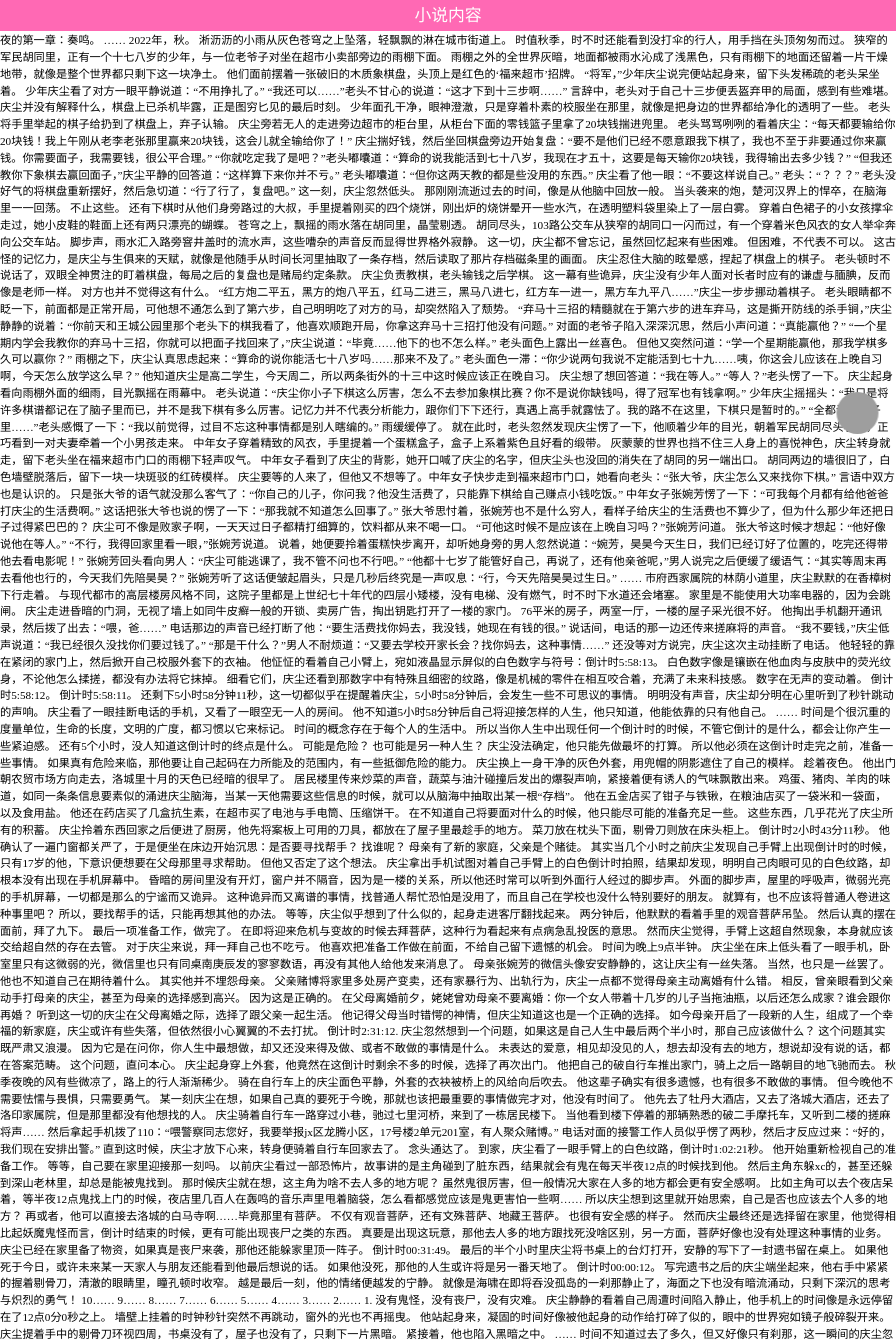
Repository: razzh7/javascript-demo
Page: 自动阅读插件/detail.html
An editor plug-in stored every save of this project. The page is shown before and after the next save, followed by the edit.
The browser window is 1280 px wide. The pictures show the part of the page from y = 0 to 1920 px (the page is 3596 px tall), at 70% of full size.
Pictures or frames that could not be fetched are drawn as grey boxes.

Above is the page before, as saved 2021-06-29 20:01:22.

### 自动阅读插件/detail.html
<!DOCTYPE html>
<html lang="en">
<head>
  <meta charset="UTF-8">
  <meta http-equiv="X-UA-Compatible" content="IE=edge">
  <meta name="viewport" content="width=device-width, initial-scale=1.0">
  <title>小说内容</title>
  <link rel="stylesheet" href="./css/common.css" />
  <link rel="stylesheet" href="./css/detail.css" />
</head>
<body>
  <div class="list-hd">
    <h2>小说内容</h2>
  </div>
  <div class="container">
    夜的第一章：奏鸣。

    ……

    2022年，秋。

    淅沥沥的小雨从灰色苍穹之上坠落，轻飘飘的淋在城市街道上。

    时值秋季，时不时还能看到没打伞的行人，用手挡在头顶匆匆而过。

    狭窄的军民胡同里，正有一个十七八岁的少年，与一位老爷子对坐在超市小卖部旁边的雨棚下面。

    雨棚之外的全世界灰暗，地面都被雨水沁成了浅黑色，只有雨棚下的地面还留着一片干燥地带，就像是整个世界都只剩下这一块净土。

    他们面前摆着一张破旧的木质象棋盘，头顶上是红色的‘福来超市’招牌。

    “将军，”少年庆尘说完便站起身来，留下头发稀疏的老头呆坐着。

    少年庆尘看了对方一眼平静说道：“不用挣扎了。”

    “我还可以……”老头不甘心的说道：“这才下到十三步啊……”

    言辞中，老头对于自己十三步便丢盔弃甲的局面，感到有些难堪。

    庆尘并没有解释什么，棋盘上已杀机毕露，正是图穷匕见的最后时刻。

    少年面孔干净，眼神澄澈，只是穿着朴素的校服坐在那里，就像是把身边的世界都给净化的透明了一些。

    老头将手里举起的棋子给扔到了棋盘上，弃子认输。

    庆尘旁若无人的走进旁边超市的柜台里，从柜台下面的零钱篮子里拿了20块钱揣进兜里。

    老头骂骂咧咧的看着庆尘：“每天都要输给你20块钱！我上午刚从老李老张那里赢来20块钱，这会儿就全输给你了！”

    庆尘揣好钱，然后坐回棋盘旁边开始复盘：“要不是他们已经不愿意跟我下棋了，我也不至于非要通过你来赢钱。你需要面子，我需要钱，很公平合理。”

    “你就吃定我了是吧？”老头嘟囔道：“算命的说我能活到七十八岁，我现在才五十，这要是每天输你20块钱，我得输出去多少钱？”

    “但我还教你下象棋去赢回面子，”庆尘平静的回答道：“这样算下来你并不亏。”

    老头嘟囔道：“但你这两天教的都是些没用的东西。”

    庆尘看了他一眼：“不要这样说自己。”

    老头：“？？？”

    老头没好气的将棋盘重新摆好，然后急切道：“行了行了，复盘吧。”

    这一刻，庆尘忽然低头。

    那刚刚流逝过去的时间，像是从他脑中回放一般。

    当头袭来的炮，楚河汉界上的悍卒，在脑海里一一回荡。

    不止这些。

    还有下棋时从他们身旁路过的大叔，手里提着刚买的四个烧饼，刚出炉的烧饼晕开一些水汽，在透明塑料袋里染上了一层白雾。

    穿着白色裙子的小女孩撑伞走过，她小皮鞋的鞋面上还有两只漂亮的蝴蝶。

    苍穹之上，飘摇的雨水落在胡同里，晶莹剔透。

    胡同尽头，103路公交车从狭窄的胡同口一闪而过，有一个穿着米色风衣的女人举伞奔向公交车站。

    脚步声，雨水汇入路旁窨井盖时的流水声，这些嘈杂的声音反而显得世界格外寂静。

    这一切，庆尘都不曾忘记，虽然回忆起来有些困难。

    但困难，不代表不可以。

    这古怪的记忆力，是庆尘与生俱来的天赋，就像是他随手从时间长河里抽取了一条存档，然后读取了那片存档磁条里的画面。

    庆尘忍住大脑的眩晕感，捏起了棋盘上的棋子。

    老头顿时不说话了，双眼全神贯注的盯着棋盘，每局之后的复盘也是赌局约定条款。

    庆尘负责教棋，老头输钱之后学棋。

    这一幕有些诡异，庆尘没有少年人面对长者时应有的谦虚与腼腆，反而像是老师一样。

    对方也并不觉得这有什么。

    “红方炮二平五，黑方的炮八平五，红马二进三，黑马八进七，红方车一进一，黑方车九平八……”庆尘一步步挪动着棋子。

    老头眼睛都不眨一下，前面都是正常开局，可他想不通怎么到了第六步，自己明明吃了对方的马，却突然陷入了颓势。

    “弃马十三招的精髓就在于第六步的进车弃马，这是撕开防线的杀手锏，”庆尘静静的说着：“你前天和王城公园里那个老头下的棋我看了，他喜欢顺跑开局，你拿这弃马十三招打他没有问题。”

    对面的老爷子陷入深深沉思，然后小声问道：“真能赢他？”

    “一个星期内学会我教你的弃马十三招，你就可以把面子找回来了，”庆尘说道：“毕竟……他下的也不怎么样。”

    老头面色上露出一丝喜色。

    但他又突然问道：“学一个星期能赢他，那我学棋多久可以赢你？”

    雨棚之下，庆尘认真思虑起来：“算命的说你能活七十八岁吗……那来不及了。”

    老头面色一滞：“你少说两句我说不定能活到七十九……咦，你这会儿应该在上晚自习啊，今天怎么放学这么早？”

    他知道庆尘是高二学生，今天周二，所以两条街外的十三中这时候应该正在晚自习。

    庆尘想了想回答道：“我在等人。”

    “等人？”老头愣了一下。

    庆尘起身看向雨棚外面的细雨，目光飘摇在雨幕中。

    老头说道：“庆尘你小子下棋这么厉害，怎么不去参加象棋比赛？你不是说你缺钱吗，得了冠军也有钱拿啊。”

    少年庆尘摇摇头：“我只是将许多棋谱都记在了脑子里而已，并不是我下棋有多么厉害。记忆力并不代表分析能力，跟你们下下还行，真遇上高手就露怯了。我的路不在这里，下棋只是暂时的。”

    “全都记在脑子里……”老头感慨了一下：“我以前觉得，过目不忘这种事情都是别人瞎编的。”

    雨缓缓停了。

    就在此时，老头忽然发现庆尘愣了一下，他顺着少年的目光，朝着军民胡同尽头看去，正巧看到一对夫妻牵着一个小男孩走来。

    中年女子穿着精致的风衣，手里提着一个蛋糕盒子，盒子上系着紫色且好看的缎带。

    灰蒙蒙的世界也挡不住三人身上的喜悦神色，庆尘转身就走，留下老头坐在福来超市门口的雨棚下轻声叹气。

    中年女子看到了庆尘的背影，她开口喊了庆尘的名字，但庆尘头也没回的消失在了胡同的另一端出口。

    胡同两边的墙很旧了，白色墙壁脱落后，留下一块一块斑驳的红砖模样。

    庆尘要等的人来了，但他又不想等了。中年女子快步走到福来超市门口，她看向老头：“张大爷，庆尘怎么又来找你下棋。”

    言语中双方也是认识的。

    只是张大爷的语气就没那么客气了：“你自己的儿子，你问我？他没生活费了，只能靠下棋给自己赚点小钱吃饭。”

    中年女子张婉芳愣了一下：“可我每个月都有给他爸爸打庆尘的生活费啊。”

    这话把张大爷也说的愣了一下：“那我就不知道怎么回事了。”

    张大爷思忖着，张婉芳也不是什么穷人，看样子给庆尘的生活费也不算少了，但为什么那少年还把日子过得紧巴巴的？

    庆尘可不像是败家子啊，一天天过日子都精打细算的，饮料都从来不喝一口。

    “可他这时候不是应该在上晚自习吗？”张婉芳问道。

    张大爷这时候才想起：“他好像说他在等人。”

    “不行，我得回家里看一眼，”张婉芳说道。

    说着，她便要拎着蛋糕快步离开，却听她身旁的男人忽然说道：“婉芳，昊昊今天生日，我们已经订好了位置的，吃完还得带他去看电影呢！”

    张婉芳回头看向男人：“庆尘可能逃课了，我不管不问也不行吧。”

    “他都十七岁了能管好自己，再说了，还有他亲爸呢，”男人说完之后便缓了缓语气：“其实等周末再去看他也行的，今天我们先陪昊昊？”

    张婉芳听了这话便皱起眉头，只是几秒后终究是一声叹息：“行，今天先陪昊昊过生日。”

    ……

    市府西家属院的林荫小道里，庆尘默默的在香樟树下行走着。

    与现代都市的高层楼房风格不同，这院子里都是上世纪七十年代的四层小矮楼，没有电梯、没有燃气，时不时下水道还会堵塞。

    家里是不能使用大功率电器的，因为会跳闸。

    庆尘走进昏暗的门洞，无视了墙上如同牛皮癣一般的开锁、卖房广告，掏出钥匙打开了一楼的家门。

    76平米的房子，两室一厅，一楼的屋子采光很不好。

    他掏出手机翻开通讯录，然后拨了出去：“喂，爸……”

    电话那边的声音已经打断了他：“要生活费找你妈去，我没钱，她现在有钱的很。”

    说话间，电话的那一边还传来搓麻将的声音。

    “我不要钱，”庆尘低声说道：“我已经很久没找你们要过钱了。”

    “那是干什么？”男人不耐烦道：“又要去学校开家长会？找你妈去，这种事情……”

    还没等对方说完，庆尘这次主动挂断了电话。

    他轻轻的靠在紧闭的家门上，然后掀开自己校服外套下的衣袖。

    他怔怔的看着自己小臂上，宛如液晶显示屏似的白色数字与符号：倒计时5:58:13。

    白色数字像是镶嵌在他血肉与皮肤中的荧光纹身，不论他怎么揉搓，都没有办法将它抹掉。

    细看它们，庆尘还看到那数字中有特殊且细密的纹路，像是机械的零件在相互咬合着，充满了未来科技感。

    数字在无声的变动着。

    倒计时5:58:12。

    倒计时5:58:11。

    还剩下5小时58分钟11秒，这一切都似乎在提醒着庆尘，5小时58分钟后，会发生一些不可思议的事情。

    明明没有声音，庆尘却分明在心里听到了秒针跳动的声响。

    庆尘看了一眼挂断电话的手机，又看了一眼空无一人的房间。

    他不知道5小时58分钟后自己将迎接怎样的人生，他只知道，他能依靠的只有他自己。

    ……

    时间是个很沉重的度量单位，生命的长度，文明的广度，都习惯以它来标记。

    时间的概念存在于每个人的生活中。

    所以当你人生中出现任何一个倒计时的时候，不管它倒计的是什么，都会让你产生一些紧迫感。

    还有5个小时，没人知道这倒计时的终点是什么。

    可能是危险？

    也可能是另一种人生？

    庆尘没法确定，他只能先做最坏的打算。

    所以他必须在这倒计时走完之前，准备一些事情。

    如果真有危险来临，那他要让自己起码在力所能及的范围内，有一些抵御危险的能力。

    庆尘换上一身干净的灰色外套，用兜帽的阴影遮住了自己的模样。

    趁着夜色。

    他出门朝农贸市场方向走去，洛城里十月的天色已经暗的很早了。

    居民楼里传来炒菜的声音，蔬菜与油汁碰撞后发出的爆裂声响，紧接着便有诱人的气味飘散出来。

    鸡蛋、猪肉、羊肉的味道，如同一条条信息要素似的涌进庆尘脑海，当某一天他需要这些信息的时候，就可以从脑海中抽取出某一根“存档”。

    他在五金店买了钳子与铁锹，在粮油店买了一袋米和一袋面，以及食用盐。

    他还在药店买了几盒抗生素，在超市买了电池与手电筒、压缩饼干。

    在不知道自己将要面对什么的时候，他只能尽可能的准备充足一些。

    这些东西，几乎花光了庆尘所有的积蓄。

    庆尘拎着东西回家之后便进了厨房，他先将案板上可用的刀具，都放在了屋子里最趁手的地方。

    菜刀放在枕头下面，剔骨刀则放在床头柜上。

    倒计时2小时43分11秒。

    他确认了一遍门窗都关严了，于是便坐在床边开始沉思：是否要寻找帮手？

    找谁呢？

    母亲有了新的家庭，父亲是个赌徒。

    其实当几个小时之前庆尘发现自己手臂上出现倒计时的时候，只有17岁的他，下意识便想要在父母那里寻求帮助。

    但他又否定了这个想法。

    庆尘拿出手机试图对着自己手臂上的白色倒计时拍照，结果却发现，明明自己肉眼可见的白色纹路，却根本没有出现在手机屏幕中。

    昏暗的房间里没有开灯，窗户并不隔音，因为是一楼的关系，所以他还时常可以听到外面行人经过的脚步声。

    外面的脚步声，屋里的呼吸声，微弱光亮的手机屏幕，一切都是那么的宁谧而又诡异。

    这种诡异而又离谱的事情，找普通人帮忙恐怕是没用了，而且自己在学校也没什么特别要好的朋友。

    就算有，也不应该将普通人卷进这种事里吧？

    所以，要找帮手的话，只能再想其他的办法。

    等等，庆尘似乎想到了什么似的，起身走进客厅翻找起来。

    两分钟后，他默默的看着手里的观音菩萨吊坠。

    然后认真的摆在面前，拜了九下。

    最后一项准备工作，做完了。  在即将迎来危机与变故的时候去拜菩萨，这种行为看起来有点病急乱投医的意思。

    然而庆尘觉得，手臂上这超自然现象，本身就应该交给超自然的存在去管。

    对于庆尘来说，拜一拜自己也不吃亏。

    他喜欢把准备工作做在前面，不给自己留下遗憾的机会。

    时间为晚上9点半钟。

    庆尘坐在床上低头看了一眼手机，卧室里只有这微弱的光，微信里也只有同桌南庚辰发的寥寥数语，再没有其他人给他发来消息了。

    母亲张婉芳的微信头像安安静静的，这让庆尘有一丝失落。

    当然，也只是一丝罢了。

    他也不知道自己在期待着什么。

    其实他并不埋怨母亲。

    父亲赌博将家里多处房产变卖，还有家暴行为、出轨行为，庆尘一点都不觉得母亲主动离婚有什么错。

    相反，曾亲眼看到父亲动手打母亲的庆尘，甚至为母亲的选择感到高兴。

    因为这是正确的。

    在父母离婚前夕，姥姥曾劝母亲不要离婚：你一个女人带着十几岁的儿子当拖油瓶，以后还怎么成家？谁会跟你再婚？

    听到这一切的庆尘在父母离婚之际，选择了跟父亲一起生活。

    他记得父母当时错愕的神情，但庆尘知道这也是一个正确的选择。

    如今母亲开启了一段新的人生，组成了一个幸福的新家庭，庆尘或许有些失落，但依然很小心翼翼的不去打扰。

    倒计时2:31:12.

    庆尘忽然想到一个问题，如果这是自己人生中最后两个半小时，那自己应该做什么？

    这个问题其实既严肃又浪漫。

    因为它是在问你，你人生中最想做，却又还没来得及做、或者不敢做的事情是什么。

    未表达的爱意，相见却没见的人，想去却没有去的地方，想说却没有说的话，都在答案范畴。

    这个问题，直问本心。

    庆尘起身穿上外套，他竟然在这倒计时剩余不多的时候，选择了再次出门。

    他把自己的破自行车推出家门，骑上之后一路朝目的地飞驰而去。

    秋季夜晚的风有些微凉了，路上的行人渐渐稀少。

    骑在自行车上的庆尘面色平静，外套的衣袂被桥上的风给向后吹去。

    他这辈子确实有很多遗憾，也有很多不敢做的事情。

    但今晚他不需要怯懦与畏惧，只需要勇气。

    某一刻庆尘在想，如果自己真的要死于今晚，那就也该把最重要的事情做完才对，他没有时间了。

    他先去了牡丹大酒店，又去了洛城大酒店，还去了洛印家属院，但是那里都没有他想找的人。

    庆尘骑着自行车一路穿过小巷，驰过七里河桥，来到了一栋居民楼下。

    当他看到楼下停着的那辆熟悉的破二手摩托车，又听到二楼的搓麻将声……

    然后拿起手机拨了110：“喂警察同志您好，我要举报jx区龙腾小区，17号楼2单元201室，有人聚众赌博。”

    电话对面的接警工作人员似乎愣了两秒，然后才反应过来：“好的，我们现在安排出警。”

    直到这时候，庆尘才放下心来，转身便骑着自行车回家去了。

    念头通达了。

    到家，庆尘看了一眼手臂上的白色纹路，倒计时1:02:21秒。

    他开始重新检视自己的准备工作。

    等等，自己要在家里迎接那一刻吗。

    以前庆尘看过一部恐怖片，故事讲的是主角碰到了脏东西，结果就会有鬼在每天半夜12点的时候找到他。

    然后主角东躲xc的，甚至还躲到深山老林里，却总是能被鬼找到。

    那时候庆尘就在想，这主角为啥不去人多的地方呢？

    虽然鬼很厉害，但一般情况大家在人多的地方都会更有安全感啊。

    比如主角可以去个夜店呆着，等半夜12点鬼找上门的时候，夜店里几百人在轰鸣的音乐声里甩着脑袋，怎么看都感觉应该是鬼更害怕一些啊……

    所以庆尘想到这里就开始思索，自己是否也应该去个人多的地方？

    再或者，他可以直接去洛城的白马寺啊……毕竟那里有菩萨。

    不仅有观音菩萨，还有文殊菩萨、地藏王菩萨。

    也很有安全感的样子。

    然而庆尘最终还是选择留在家里，他觉得相比起妖魔鬼怪而言，倒计时结束的时候，更有可能出现丧尸之类的东西。

    真要是出现这玩意，那他去人多的地方跟找死没啥区别，另一方面，菩萨好像也没有处理这种事情的业务。

    庆尘已经在家里备了物资，如果真是丧尸来袭，那他还能躲家里顶一阵子。

    倒计时00:31:49。

    最后的半个小时里庆尘将书桌上的台灯打开，安静的写下了一封遗书留在桌上。

    如果他死于今日，或许未来某一天家人与朋友还能看到他最后想说的话。

    如果他没死，那他的人生或许将是另一番天地了。

    倒计时00:00:12。

    写完遗书之后的庆尘端坐起来，他右手中紧紧的握着剔骨刀，清澈的眼睛里，瞳孔顿时收窄。

    越是最后一刻，他的情绪便越发的宁静。

    就像是海啸在即将吞没孤岛的一刹那静止了，海面之下也没有暗流涌动，只剩下深沉的思考与炽烈的勇气！

    10……

    9……

    8……

    7……

    6……

    5……

    4……

    3……

    2……

    1.

    没有鬼怪，没有丧尸，没有灾难。

    庆尘静静的看着自己周遭时间陷入静止，他手机上的时间像是永远停留在了12点0分0秒之上。

    墙壁上挂着的时钟秒针突然不再跳动，窗外的光也不再摇曳。

    他站起身来，凝固的时间好像被他起身的动作给打碎了似的，眼中的世界宛如镜子般碎裂开来。

    庆尘提着手中的剔骨刀环视四周，书桌没有了，屋子也没有了，只剩下一片黑暗。

    紧接着，他也陷入黑暗之中。

    ……

    时间不知道过去了多久，但又好像只有刹那，这一瞬间的庆尘忽然失去了时间的概念。

    黑暗里，世界的碎片开始重新拼凑，那不知道从何而来的碎片，刹那间组合成了一个焕然一新的世界。

    庆尘躺在一张狭窄的硬板床上，这里是完全陌生的环境，他从不曾来过。

    他先是看向自己的手掌，那里空无一物，原本握着的剔骨刀也早就消失不见。

    他再看向手臂，赫然发现手臂上的白色纹路已经改变。

    “回归倒计时48:00:00.”

    48小时，也就是2天，庆尘思忖着。
    穿越了吗？

    所以倒计时的尽头就是穿越到另一个时空，而回归倒计时是指，回去的时间。

    想到这里庆尘先松了口气，能回去就是好事。

    虽然那边也未必会有人惦记他，母亲有了新的生活，顾不上惦记他，父亲……应该在看守所呢。

    所以应该也顾不上惦记他。

    可是即便如此，自己还是想回去看看。

    而现在他所要做的事情，就是在这48小时里好好的活着。

    那么……现在是倒计时第一天。

    庆尘开始重新审视眼前的这个“新世界”。

    当世界重新拼凑起来的那一刻，庆尘看到自己身上的囚服，便瞬间明白了自己的处境。

    他身处一间灰色晦暗的屋中，除了一面充满了科技感的合金闸门外，其他地方是完全封闭的墙。

    90公分宽的门上有着一扇小窗户，但现在窗户是关闭的。

    囚室是单间，里面只有一张床，上面铺着一层薄薄的床单。

    旁边还有一个置物架子，架子上除了被子、牙刷、毛巾之外，空空如也。

    囚室墙壁是灰色的，可让庆尘不能理解的是，这灰色的墙壁在外面微光照亮下，分明在散发出金属的光泽。

    金属墙？

    庆尘坐起身子怔怔的抚摸墙壁，什么地方才会使用这种不计成本的建筑材料？

    很明显，这里不属于他曾经认知的那个世界了。

    他迅速低头看向自己手掌，这手掌上的指纹与曾经的他完全一致，就连手上的毛孔位置都半分不差。

    这就是他自己的身体。

    穿梭到这个世界之后，庆尘手里的剔骨刀不见了，自己身上原本的衣服也不见了，但身体确确实实是他自己的。

    指纹与毛孔位置做不了假。

    庆尘抱着膝盖坐在床上，他望着厚重的合金门，不知道在想些什么。

    慢慢的，门外开始嘈杂起来，甚至还有人用力拍打合金牢门的声音。

    庆尘慢慢走到门边，试图贴着门听听外面在吼叫什么，结果还没等他听清楚，合金门便发出了清晰的气压传动声，门开了。

    他看向门外，门外是一条回型走廊。

    这正方形的监狱堡垒里有七层，每一层都有着密密麻麻排列整齐的囚室。

    外面空旷而又硕大的监狱堡垒里，只有零星的灯光亮着，一扇扇打开的合金门里是昏暗的囚室，像是关着一头头野兽。

    庆尘站在门里，似乎他只要踏出这一步，就会走向一个不可知的人生。

    广阔的监狱里，不知何处的广播突然响起，里面是一个好听的女性声音：“早晨七点整，早餐时间，请所有服刑人员依次队列，前往餐厅就餐。”

    声音在监狱堡垒里回荡着，而庆尘依旧看着眼前的门槛。

    似乎只要他踏出去，一切都不一样了。

    其实他觉得自己从某一刻开始，就已经有所不同了。

    从什么时候开始的呢？

    大概是……当他以为生命只剩下最后两个半小时，于是就去做了自己最想做却以前不敢做的事情。

    自己连亲爹都举报了，还有什么不敢面对的。

    他踏出囚室。

    可下一刻他又愣住了。

    只见外面并不宽敞的走廊里，每个囚室门前都站着一名囚犯。

    庆尘的瞳孔骤然收缩：

    一位老头佝偻着背部朝他看来，只见对方有眼眶里，竟是一只泛着红色微光的机械眼睛，对方整个右眼眶都是机械构造，这金属部件一直延展到右侧的太阳穴位置。

    机械眼睛看起来并不精致，甚至还有些粗糙，但不知道为什么庆尘从这只盯着他的眼睛里，感受到了压迫感。

    似乎，对方正在解析他身上的细节。

    就像是他用记忆力解析别人一样。

    一位魁梧的中年囚犯，右手臂竟完全由机械组成，对方活动着手指，庆尘还能听到对方手掌开合时，机械零件转动的金属声。

    那粗壮的金属手臂，像是虬结的钢铁肌肉般，强硬而暴躁。

    这整个监狱要塞里，竟是有一半的人都拥有机械肢体。

    机械文明。

    庆尘脑中蹦出了这四个字。

    还没等他继续思考，却见隔壁囚室那魁梧的囚犯冲他笑了笑：“喂，新来的，早饭不要吃太多，不然吐出来的时候会很难看。”

    话音一落，走廊上传出了不少人的哄笑声：“听说昨天晚上新来了十二个人，今天可以娱乐娱乐。”

    “这小子身上一点机械肢体都没有，看样子在外面也没什么关系。”

    听到“新来的”三个字时，庆尘一愣，他还以为对方知道自己刚刚从地球穿越过来。

    但很快他就反应过来，这“新来的”应该是指他刚进监狱，对方应该是不知道自己地球人身份的。

    而且庆尘皱眉思索着，对方所谓的娱乐，对自己来说恐怕会是一场灾难。

    可问题是，自己该如何在这群机械“野兽”之中生存？

    他克制着自己内心的躁动与恐惧，一个普通高二学生面对突如其来的凶狠变故，庆尘唯一能做的就是先强迫自己不表露任何异样。

    因为他不知道，如果自己来自另一个世界的事情暴露了，会招来怎样的后果。

    忽然间，对面四楼走廊上有一名少年抓狂起来：“这是什么地方！我要回家！我不要呆在这种鬼地方，你们是什么人！？我是黄济先，我爸是洛城永利集团的董事长，你们离我远点！”

    说着，那少年竟是沿着走廊疯狂奔跑起来。

    其他人并没有动，就像是看热闹似的站在原地观望，依旧保持着准备前往食堂吃饭的队列。

    有人有些疑惑：“洛城是哪里？”

    骤然间，庆尘听到头顶有蜂鸣声传来，他抬头看去赫然发现高而深邃的天花板上，正有四架如同铁盒子般的无人机脱离了墙壁，开始向下坠落。

    庆尘目光停留在天花板上，合金材质的墙壁上，竟是整齐的“嵌着”十八台加特林一样的六管机枪炮台倒悬着。

    随着那慌乱少年的跑动，其中九台机枪的枪口也在转动！

    “请停止走动，”无人机上发出女性声音：“再次警告，请停止走动。”

    紧接着，监狱堡垒里响起女性声音的广播声：“请所有服刑人员原地待命。”

    仅仅十多秒的时间，四架无人机便将那少年死死的堵在走廊某处，每架无人机的正下方都有枪口指着他。

    与此同时，监狱堡垒下方也有闸口打开，9名举着不知名枪械的机器人正全速进场。

    少年恐惧无比的靠墙跌坐着，而庆尘则冷冷的注视着这一切。

    对方的行为有些过激，但是却帮助庆尘了解到许多信息。

    机枪、无人机、机器人、机械肢体，无数的信息一时间全部汇入他脑中。

    但令庆尘最诧异的其实是，他看着那少年的一切表现忽然意识到：自己可能并不是唯一一个从地球来到这里的人。

    不是第一个，应该也不是最后一个。 曾经庆尘也想过，会不会有其他人手臂上也出现倒计时？

    正是因为有这个猜测，他才会那么小心谨慎的坐地铁去很远的地方验证一些事情，以免日后被人寻线索找到。

    但是后来一系列变故接踵而至，让庆尘几乎遗忘了这个猜测。

    现在看来，他的猜测最终成了现实。

    从地球穿越到这个世界的人一定不少，光这监狱都有两个，就更不用提监狱以外的世界了。

    穿越者有多少人？几百？几千？

    他们又是因为什么穿越？

    庆尘无法确定。

    “这次来的新人有点意思啊，怕不是个傻子吧，”有人看着崩溃的那个少年嬉笑道：“我听说他是因为偷税漏税判了7年进来的？昨天被押进来的时候没哭，到现在才哭。”

    “这年头敢惹税务征收机构的人，不是傻子是什么……”

    庆尘朝声音来源处看去，正是一名装载了机械双腿的青年男子，对方见他看去，便挑起嘴角笑道：“喂，新来的，你做好准备了吗？”

    周围人群顿时哄笑起来，似乎都等着看好戏了。

    这个地方，明明如此科幻与先进，可是人类那恶的一面好像并没有什么改变。

    庆尘皱眉，却没有理会，他重新看向那个被无人机围起来的少年。

    恐怕只有他知道，对方昨天没哭、今天才哭的原因是：对方今天和自己一样，刚刚从地球那个“温室”穿越过来，有点接受不了这个现实。

    这不是猜测，而是他见过对方。

    庆尘今年17岁，在洛城外国语学校上高二。

    而这位崩溃的少年则是高一年级的。

    两人并没有过任何交集，只是庆尘过目不忘，只要看见过的就很难忘记。

    这倒是让庆尘有些诧异，难道穿越前所在位置相近，穿越后的位置也会距离很近吗？

    他没法确定。

    不过庆尘倒是发现了一件事情：这里的人全都在说普通话，竟是没有一个说方言的。

    此时此刻，机器警卫正沿着楼梯冲上去，每次踏步都能跨越五阶楼梯，并伴随着独特的液压传动声响。

    那名少年，已经哭的不成人样了。

    这座监狱堡垒里有一半人都装载了机械肢体，在这种钢铁猛兽环伺的地方遇到地球人，颇有种他乡遇故知的感觉。

    一般人在陌生的地方遇到“同乡”，都会升起一种莫名的安全感。

    可庆尘并没有这种感觉，他看着那个已经濒临崩溃的少年便意识到，“同乡”并不一定能帮到你，反而可能成为一种拖累。

    不是所有人在面对这初来乍到的机械文明，还能保持冷静。

    他现在要做的是先撑过这初来乍到的两天，然后回到地球去了解这一切到底是为什么。

    庆尘低调的默默观望着，不知道为什么，他此时此刻的心情反而更镇定了一些。

    直到这时，所有囚犯都还站在原地一动不动。

    他环顾监狱堡垒，刚刚从监区外闸门冲来的9名机器人，留下了3名在楼下的广场戒严，其余的则上楼将那名恐慌的少年带走。

    楼下广场很宽阔，感觉有一个足球场大小。

    开放式的广场又分成好几个区域：餐厅、健身器材娱乐区域、阅读区、影音区等等……

    这些区域之间并没有什么隔断，像是一个大型的自由活动场所，而这广场边缘，则分布着8个大型钢铁闸门。

    那些闸门之大，怕是可以允许装甲车直接通过。

    忽然间庆尘愣住了，他看到已经有三个人不知何时出现在楼下广场的餐桌旁了。

    一名看起来四十多岁的中年男人坐着，另外两名年轻人笑眯眯的守在他身旁，然后饶有兴致的抬头打量着楼上的囚犯们。

    中年男人面前放着一张象棋盘，棋盘上则是摆好了一副残局。

    最令人惊异的是，那餐桌上的棋盘旁，竟然还卧着一只揣着爪子打盹的猫，灰色，耳朵上有两丛尖尖的毛，看起来有点像猞猁，但又不是。

    缅因猫。

    监狱里还能养猫？！

    庆尘有些惊愕，他刚才的目光被“同乡”吸引，以至于他都没看到这三人一猫是什么时候来到广场的。

    此时，只见那中年男人专心致志的盯着棋盘，仿佛楼上发生的事情与他毫无关系一样。

    而且，最令庆尘诧异的是，就连广场上的那些机器人都当这三人一猫不存在似的。

    楼上的严肃紧张，与楼下的轻松从容，像是两个不同世界般的鲜明对比。

    这三人中，两个年轻人穿着正常的蓝白相间囚服，而中年男人却是穿了一身白色练功服。

    在这灰暗压抑的环境里，那抹白色出尘极了。

    庆尘暗自思忖，难道这是监狱长？

    不对，虽然对方穿着异于其他囚犯的练功服，可那练功服胸口还绣着小小的黑色服刑编号。

    这中年男人也是监狱的一名服刑人员，只不过是最特殊的那一个。

    仿佛感受到了他的目光，中年男人身旁的一名年轻人竟突然转头，笑意盈盈的回看着他了一眼。

    庆尘立刻收回了。

    待到那名崩溃的地球少年被带走后，监狱堡垒里再次响起了广播：“按队列依次前往餐厅就餐。”

    话音刚落，庆尘便看到所有囚犯向右转，然后排着长长的队形，沿着楼梯往广场前进。

    直到这时候庆尘才有机会统计所有囚犯人数：包括他，3102名。

    这监狱堡垒总共七层，每层囚犯组成一支队伍，由队伍最前方的囚犯带领着，井然有序的依次前往餐厅。

    在此期间没人插队，也没人脱离队伍，庆尘感觉这里所有人都像是在按照既定好的程序运转一样，一切都被人“约束”好了。

    这种秩序，直到每个人从机器人窗口打完饭菜才结束。

    似乎打完饭菜就可以自由活动了。

    庆尘他们住在第五层，所以轮到他们打饭的时候，前面第一层的人已经结束用餐了，只见两名身材魁梧的囚犯拉扯着一个年轻人，直接往距离餐厅最近的一楼囚室走去，还有不少人跟在旁边起哄。

    还有人交代着：“赶紧把他拉进囚室，不要在广场上弄伤他，小心机器狱警插手。”

    拉扯着年轻人的囚犯漫不经心的回应道：“放心，我不是杨杰那种蠢货。”

    与此同时，那年轻人奋力挣扎着、嘶吼着：“放开我！”

    可是就在他快要被拉进囚室的时候，年轻人的声音已经转为哀求：“求求你们饶了我吧！”

    然而不管他怎么说，都没有人理会他的请求，反而招来了更嘈杂的嘲笑声。

    突然间，他前方安装着机械眼睛的老头转身笑道：“别东张西望了，待会儿就轮到你了。”

    庆尘平静的看了他一眼，老头忽然感觉对面这少年的眼神好像有些不同，也不知道为什么，他竟然感觉内心里突然一紧。

    在窗口打完饭，队形就散乱了。

    庆尘发现身边三个人若有若无的朝自己靠近过来，像是要直接控制他！

    他顿时加快了步伐，而对方也同样加快了步伐，将他紧紧围在当中！

    下一刻，这监狱堡垒里的画面宛如在庆尘脑海中细细过了一遍似的。

    穹顶上18台钢铁野兽般的机枪安静待命，犹如沉睡的猛虎。

    72台无人机悬挂在灰色合金天花板的卡槽里，犹如沉眠的黄蜂。

    210台监控缓缓转动角度，广场内3台机器人持枪伫立。

    囚犯们一个接一个从窗口领取着饭菜，有人抱怨着今天又是难吃的合成肉。

    水池旁边有人在洗刷餐盘，还有人替别人洗刷餐盘。

    广场上随着越来越多的人就餐结束，开始变的热闹起来，大家来往穿梭着，有的去了健身区，有的则围观者新人仪式。

    但是，所有人都下意识避开了那位盯着棋盘的中年男人。

    男人依旧认真的看着棋盘，周围五米都无人靠近，就像是海平面上镇静且坚硬的礁石，所有汹涌海水与船只都必须退让。

    庆尘忽然间端着餐盘，加速从三人包围圈里穿过，朝中年男人方向走去。

    看着他前进的方向，很多人都忽然意识到这个新来的想要干嘛。

    渐渐的，越来越多人把目光转向他，并窃窃私语，一个个囚犯脸上的表情，都仿佛等着看他笑话。

    发现中年男人异常的监狱新人很多，想要依靠对方摆脱困境的监狱新人也很多，庆尘从来都不是唯一一个。

    但事实上所有人都失败了。

    只是，庆尘对那些戏谑声充耳不闻，继续旁若无人的手端餐盘，穿过人群。

    还没等他靠近，便被中年人身边的年轻人拦下了，对方笑着说道：“新来的，我知道你打的什么算盘，但我们不会帮你。”

    对方猜中了庆尘的想法，而庆尘则将目光投向年轻人身后。

    中年人对身旁发生的这一切都充耳不闻，好像什么都没听到似的。

    他认真的看着中年男人说道：“前兵进一，这残局我能解。”

    中年男人直到这时才抬起头来，然后广场上便突然安静了，猫也睁开了眼睛。

    ……

    感谢海魂衣成为本书白银大盟。
  </div>
  <a href="javascript:;" class="btn-top"></a>
  <a href="javascript:;" class="btn-play"></a>
  <script type="text/javascript" src="./js/utils.js"></script>
  <script type="text/javascript" src="./js/auto_read.js"></script>
  <script type="text/javascript">

  </script>
</body>
</html>

### 自动阅读插件/css/common.css
body {
  margin: 0;
}
div {
  box-sizing: border-box;
}
h1,
h2,
h3,
h4,
h5,
h6,p {
  margin: 0;
  font-weight: normal;
}
ul {
  margin: 0;
  padding: 0;
}
img {
  height: 100%;
}
a {
  text-decoration: none;
}
.list-hd {
  position: fixed;
  top: 0;
  left: 0;
  width: 100%;
  height: 44px;
  line-height: 44px;
  text-align: center;
  background-color: hotpink;
  color: #fff;
  z-index: 1;
}
.container {
  margin-top: 44px;
}

### 自动阅读插件/css/detail.css
.btn-top {
  position: fixed;
  bottom: 100px;
  right: 25px;
  width: 60px;
  height: 60px;
  background-color: #000;
  border-radius: 50%;
  background: url(../img/rocket.jpg) no-repeat 0 0/100% 100%;
}

### 自动阅读插件/js/utils.js
function getScrollOffset(){
  if(window.pageXOffset){
    return {
      left: window.pageXOffset,
      top: window.pageYOffset
    }
  }else{
    return {
      left: document.body.scrollLeft + document.documentElement.scrollLeft,
      top: document.body.scrollTop + document.documentElement.scrollTop
    }
  }
}
function addEvent(elem, type, fn){
  if(elem.addEventListener){
    elem.addEventListener(type, fn, false);
  }else if(elem.attachEvent){
    elem.attachEvent('on' + type, function(){
      fn.call(elem);
    })
  }else{
    elem['on' + type] = fn;
  }
}

### 自动阅读插件/js/auto_read.js
;(function(){
  var AutoRead = function(opt){

  }
  AutoRead.prototype = {

  }
  window.AutoRead = AutoRead;
})();

After the next save:
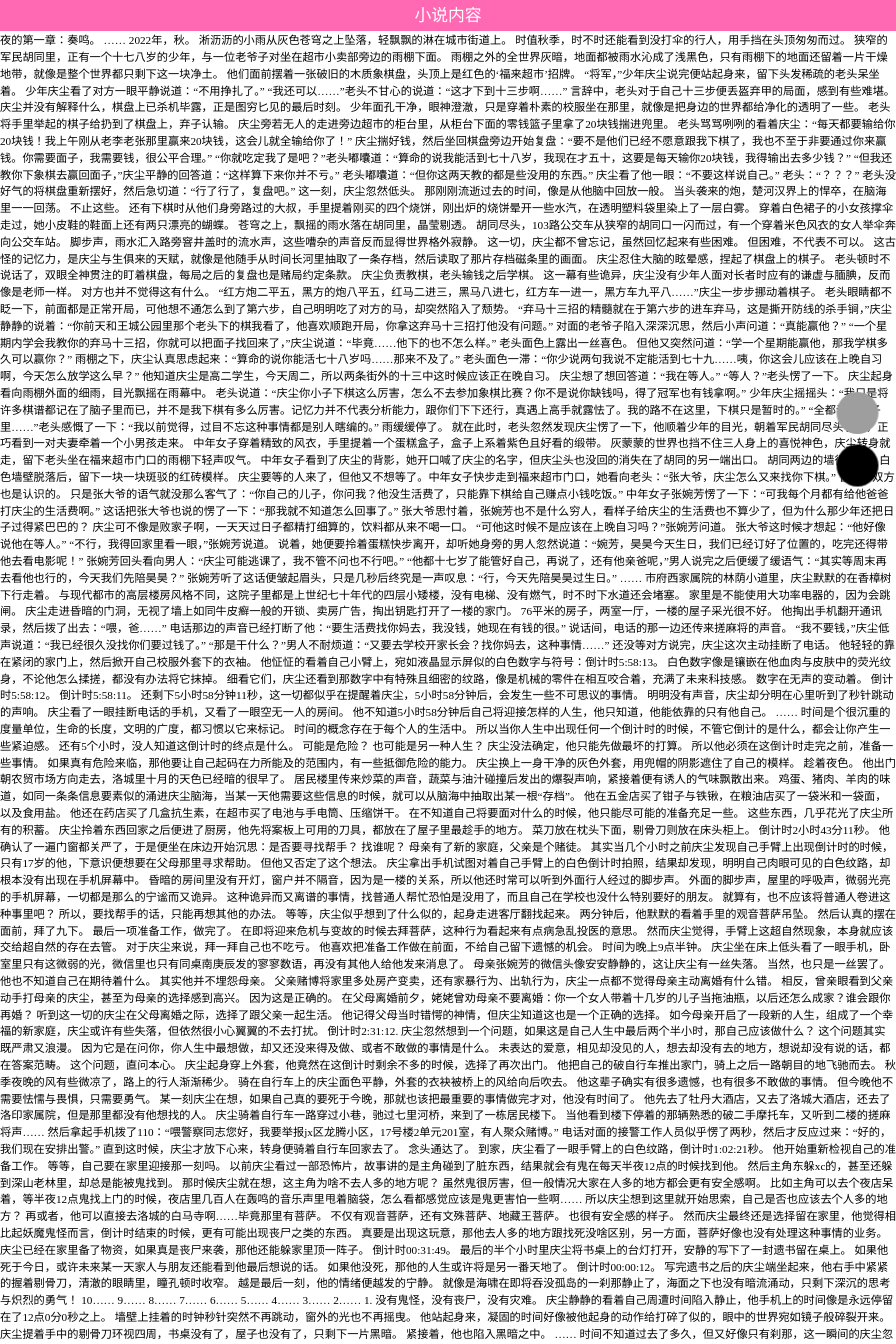
Saved 50 s later.
--- a/自动阅读插件/css/detail.css
+++ b/自动阅读插件/css/detail.css
@@ -8,3 +8,12 @@
   border-radius: 50%;
   background: url(../img/rocket.jpg) no-repeat 0 0/100% 100%;
 }
+.btn-play {
+  position: fixed;
+  bottom: 25px;
+  right: 25px;
+  width: 60px;
+  height: 60px;
+  background-color: #000;
+  border-radius: 50%;
+}
